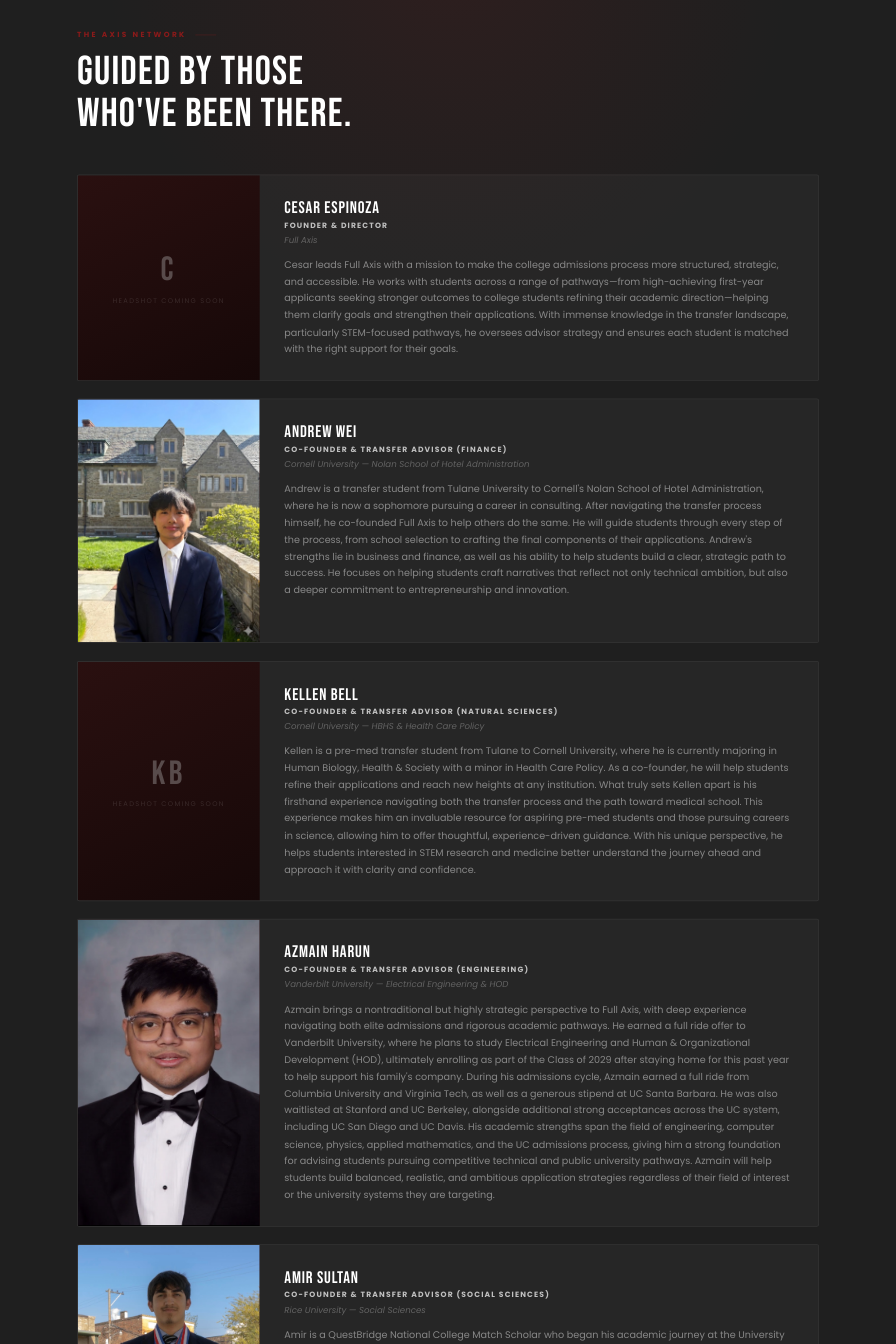
Repository: epeguero8311/cesar
Page: index.html
These files come from the project's save history. The page is drawn as it stood at one moment and after the next save; the edit follows.
The browser window is 1280 px wide. The pictures show the part of the page from y = 1789 to 3709 px (the page is 7453 px tall before and 7529 px after), at 70% of full size.

Above is the page before, as saved 2026-05-07 21:16:53.

### index.html
<!DOCTYPE html>
<html lang="en">
<head>
<meta charset="UTF-8" />
<meta name="viewport" content="width=device-width, initial-scale=1.0" />
<link rel="icon" type="image/png" href="Untitled_design__1_-removebg-preview.png" />
<title>Full Axis — Prestige Admissions Advisory</title>
<link rel="preconnect" href="https://fonts.googleapis.com" />
<link rel="preconnect" href="https://fonts.gstatic.com" crossorigin />
<link href="https://fonts.googleapis.com/css2?family=Bebas+Neue&family=Poppins:ital,wght@0,300;0,400;0,500;0,600;0,700;1,400&display=swap" rel="stylesheet" />
<link rel="stylesheet" href="style.css" />
</head>
<body>

<!-- NAV -->
<nav>
  <div class="nav-brand">
    <img src="IMG_4736-removebg-preview.png" alt="Full Axis" class="nav-logo-img" />
  </div>
  <ul class="nav-links">
    <li><a href="#mission">Mission</a></li>
    <li><a href="#team">Team</a></li>
    <li><a href="#pricing">Packages</a></li>
    <li><a href="#apply" class="nav-cta">Apply Now</a></li>
  </ul>
</nav>

<!-- HERO -->
<section id="hero">
  <div class="hero-inner">
    <div class="hero-eyebrow">Prestige Admissions Advisory</div>
    <h1 class="hero-title">Your defining<br /><em>axis</em> starts here.</h1>
    <div class="hero-rule"></div>
    <p class="hero-sub">Connect → Gameplan → Success</p>
    <div class="hero-actions">
      <a href="#apply" class="btn-primary">Begin Your Application</a>
      <a href="#mission" class="btn-outline">Learn More</a>
    </div>
  </div>
</section>

<!-- STATS RIBBON -->
<div class="stats-ribbon">
  <div class="stat"><strong>Tier 1</strong>&nbsp;Target Schools</div>
  <div class="stat-sep"></div>
  <div class="stat"><strong>Paired</strong>&nbsp;Major-Specific Mentors</div>
  <div class="stat-sep"></div>
  <div class="stat"><strong>Beta</strong>&nbsp;2026–27 Cycle</div>
  <div class="stat-sep"></div>
  <div class="stat"><strong>Free</strong>&nbsp;First Consultation</div>
</div>

<!-- MISSION -->
<section id="mission">
  <div class="section-inner">
    <div class="section-label">Who We Are</div>
    <h2 class="section-title">Built on precision.<br />Defined by results.</h2>
    <div class="mission-grid">
      <div class="reveal">
        <p class="mission-statement">Full Axis is a prestige-focused, major-specific admissions advisory firm. We specialize in guiding students from a multitude of backgrounds through the most competitive first-year and transfer pathways in the country.</p>
        <div class="beta-badge">
          <span class="beta-dot"></span>
          Currently in Beta — 2026–2027 Cycle &nbsp;·&nbsp; Limited Spots Available
        </div>
      </div>
      <div class="mission-right reveal d2">
        <div class="pillar">
          <h3>Our Approach</h3>
          <p>We operate on a "Tiered Expertise" model, pairing each student with mentors who have successfully navigated their exact target trajectory — gaining admission to top programs in their respective fields.</p>
        </div>
        <div class="pillar">
          <h3>Our Philosophy</h3>
          <p>We believe every applicant has a defining narrative axis. Whether it is the pursuit of an elite standard or a strategic reinvention, our role is to identify, refine, and position that axis with precision.</p>
        </div>
      </div>
    </div>
    <div class="ornament"><div class="ornament-diamond"></div></div>
  </div>
</section>

<!-- TEAM -->
<section id="team">
  <div class="section-inner">
    <div class="team-intro">
      <div class="section-label">The Axis Network</div>
      <h2 class="section-title on-dark">Guided by those<br />who've been there.</h2>
    </div>
    <div class="team-grid">
      <!-- Cesar -->
      <div class="team-card reveal">
        <div class="team-photo">
          <div class="team-photo-ph"><div class="team-initials">C</div><div class="photo-hint">Headshot coming soon</div></div>
        </div>
        <div class="team-info">
          <div class="team-name">Cesar Espinoza</div>
          <div class="team-role">Founder &amp; Director</div>
          <div class="team-school">Full Axis</div>
          <p class="team-bio">Cesar leads Full Axis with a mission to make the college admissions process more structured, strategic, and accessible. He works with students across a range of pathways—from high-achieving first-year applicants seeking stronger outcomes to college students refining their academic direction—helping them clarify goals and strengthen their applications. With immense knowledge in the transfer landscape, particularly STEM-focused pathways, he oversees advisor strategy and ensures each student is matched with the right support for their goals.</p>
        </div>
      </div>
      <!-- Andrew -->
      <div class="team-card reveal d1">
        <div class="team-photo">
          <img src="headshots/headshot-Andrew_Wei 2.JPEG" alt="Andrew Wei" class="team-headshot" />
        </div>
        <div class="team-info">
          <div class="team-name">Andrew Wei</div>
          <div class="team-role">Co-Founder &amp; Transfer Advisor (Finance)</div>
          <div class="team-school">Cornell University — Nolan School of Hotel Administration</div>
          <p class="team-bio">Andrew is a transfer student from Tulane University to Cornell's Nolan School of Hotel Administration, where he is now a sophomore pursuing a career in consulting. After navigating the transfer process himself, he co-founded Full Axis to help others do the same. He will guide students through every step of the process, from school selection to crafting the final components of their applications. Andrew's strengths lie in business and finance, as well as his ability to help students build a clear, strategic path to success. He focuses on helping students craft narratives that reflect not only technical ambition, but also a deeper commitment to entrepreneurship and innovation.</p>
        </div>
      </div>
      <!-- Kellen -->
      <div class="team-card reveal d2">
        <div class="team-photo">
          <div class="team-photo-ph"><div class="team-initials">KB</div><div class="photo-hint">Headshot coming soon</div></div>
        </div>
        <div class="team-info">
          <div class="team-name">Kellen Bell</div>
          <div class="team-role">Co-Founder &amp; Transfer Advisor (Natural Sciences)</div>
          <div class="team-school">Cornell University — HBHS &amp; Health Care Policy</div>
          <p class="team-bio">Kellen is a pre-med transfer student from Tulane to Cornell University, where he is currently majoring in Human Biology, Health & Society with a minor in Health Care Policy. As a co-founder, he will help students refine their applications and reach new heights at any institution. What truly sets Kellen apart is his firsthand experience navigating both the transfer process and the path toward medical school. This experience makes him an invaluable resource for aspiring pre-med students and those pursuing careers in science, allowing him to offer thoughtful, experience-driven guidance. With his unique perspective, he helps students interested in STEM research and medicine better understand the journey ahead and approach it with clarity and confidence.</p>
        </div>
      </div>
      <!-- Azmain -->
      <div class="team-card reveal d3">
        <div class="team-photo">
          <img src="headshots/IMG_4873.jpeg" alt="Azmain" class="team-headshot" />
        </div>
        <div class="team-info">
          <div class="team-name">Azmain Harun</div>
          <div class="team-role">Co-Founder &amp; Transfer Advisor (Engineering)</div>
          <div class="team-school">Vanderbilt University — Electrical Engineering &amp; HOD</div>
          <p class="team-bio">Azmain brings a nontraditional but highly strategic perspective to Full Axis, with deep experience navigating both elite admissions and rigorous academic pathways. He earned a full ride offer to Vanderbilt University, where he plans to study Electrical Engineering and Human & Organizational Development (HOD), ultimately enrolling as part of the Class of 2029 after staying home for this past year to help support his family's company.

During his admissions cycle, Azmain earned a full ride from Columbia University and Virginia Tech, as well as a generous stipend at UC Santa Barbara. He was also waitlisted at Stanford and UC Berkeley, alongside additional strong acceptances across the UC system, including UC San Diego and UC Davis.

His academic strengths span the field of engineering, computer science, physics, applied mathematics, and the UC admissions process, giving him a strong foundation for advising students pursuing competitive technical and public university pathways. Azmain will help students build balanced, realistic, and ambitious application strategies regardless of their field of interest or the university systems they are targeting.</p>
        </div>
      </div>
      <!-- Amir -->
      <div class="team-card reveal d4">
        <div class="team-photo">
          <img src="headshots/IMG_4781.jpg" alt="Amir" class="team-headshot" />
        </div>
        <div class="team-info">
          <div class="team-name">Amir Sultan</div>
          <div class="team-role">Co-Founder &amp; Transfer Advisor (Social Sciences)</div>
          <div class="team-school">Rice University — Social Sciences</div>
          <p class="team-bio">Amir is a QuestBridge National College Match Scholar who began his academic journey at the University of Pennsylvania before successfully transferring to Rice University, where he plans to pursue public policy and the social sciences. Having navigated both first-year and transfer admissions at a high level, he brings a unique perspective on finding the right academic and personal fit.

Beyond academics, Amir is a nationally accomplished speech and debate competitor and coach. A five-time state champion and NSDA national qualifier, he has led teams to state titles and continues to mentor students through debate consulting. He also has prior experience advising students through first-year admissions in independent settings, helping applicants gain admission to top universities.

Amir's strengths lie in social sciences, public policy, and competitive advocacy, as well as his ability to help students craft compelling, authentic narratives. He will help students build balanced, realistic, and ambitious application strategies—particularly for those pursuing pre-law, politics, and other impact-driven pathways.</p>
        </div>
      </div>
    </div>
  </div>
</section>

<!-- PRICING -->
<section id="pricing">
  <div class="section-inner">
    <div class="pricing-hd reveal">
      <div class="section-label">Fee Structure</div>
      <h2 class="section-title">Transparent pricing.<br />Unmatched access.</h2>
      <div class="pricing-beta-block">Full Axis is currently in its beta cycle for the 2026–2027 school year. As we onboard our inaugural cohort, we strongly recommend getting started with us as soon as possible; this allows us to fully maximize your potential as an applicant. We operate on a rolling application system, with an application deadline in late September.</div>
    </div>

    <h3 class="axis-heading">Transfer Axis</h3>
    <p class="axis-desc">The Transfer Axis is an intensive, mentor-led program built for students aiming to successfully navigate the highly selective transfer admissions process. Rather than focusing solely on application polish, we work to construct a cohesive academic and extracurricular direction aligned with the expectations of top-tier institutions, creating a clear blueprint for success that extends beyond transfer outcomes into post-graduate goals.

We help students build a comprehensive transfer roadmap tailored to both their target "dream" schools and a strategically selected set of well-matched, adjacent institutions, all grounded in individualized advising. From there, we guide major- and school-specific course selection to ensure each academic decision strengthens long-term positioning and aligns with admissions expectations. We also work closely with students to define a cohesive narrative that anchors and differentiates their application, then translate it into clear, high-impact essays that effectively communicate their story and strengths. Throughout the process, students receive hands-on essay support, ongoing mentorship, and direct guidance as questions arise. The result is a fully integrated, step-by-step framework that brings structure, clarity, and intentionality from initial planning through final submission.</p>
    <div class="pkg-grid reveal">
      <div class="pkg">
        <div class="pkg-name">Starter</div>
        <div class="rev-price">$1,350</div>
        <ul class="pkg-feats">
          <li class="pkg-feat">Paired mentor throughout application process</li>
          <li class="pkg-feat">Guaranteed monthly meetings</li>
          <li class="pkg-feat">Essay review for up to 3 schools</li>
        </ul>
        <div class="consult-note">✦ Free initial consultation included</div>
      </div>
      <div class="pkg featured">
        <div class="pkg-badge">Most Popular</div>
        <div class="pkg-name">Founders</div>
        <div class="rev-price">$1,500</div>
        <ul class="pkg-feats">
          <li class="pkg-feat">Paired mentor throughout application process</li>
          <li class="pkg-feat">Guaranteed monthly meetings</li>
          <li class="pkg-feat">Essay review for up to 5 schools</li>
          <li class="pkg-feat">Tailored roadmap built to your individual profile</li>
        </ul>
        <div class="consult-note">✦ Free initial consultation included</div>
      </div>
      <div class="pkg">
        <div class="pkg-name">Advanced</div>
        <div class="rev-price">$2,000</div>
        <ul class="pkg-feats">
          <li class="pkg-feat">Paired mentor throughout application process</li>
          <li class="pkg-feat">Guaranteed monthly meetings</li>
          <li class="pkg-feat">Essay review for up to 7 schools</li>
          <li class="pkg-feat">Tailored roadmap built to your individual profile</li>
        </ul>
        <div class="consult-note">✦ Free initial consultation included</div>
      </div>
      <div class="pkg">
        <div class="pkg-name">Premium</div>
        <div class="rev-price">$3,000</div>
        <ul class="pkg-feats">
          <li class="pkg-feat">Paired mentor throughout application process</li>
          <li class="pkg-feat">Guaranteed monthly meetings</li>
          <li class="pkg-feat">Essay review for up to 12 schools</li>
          <li class="pkg-feat">Tailored roadmap built to your individual profile</li>
        </ul>
        <div class="consult-note">✦ Free initial consultation included</div>
      </div>
    </div>

    <h3 class="axis-heading" style="margin-top:4.5rem">Review Axis</h3>
    <p class="axis-desc">The Review Axis is a focused, asynchronous essay review service designed for students who have completed the foundational work of their application and want expert-level refinement before submission. This tier is ideal for applicants seeking a precise, experienced second set of eyes to ensure their narrative is clear, compelling, and free of structural or strategic weaknesses. Support is centered entirely on written materials, with feedback delivered through detailed Google Docs edits and commentary, typically within a 24–72 hour turnaround.

Students may use this plan to refine personal statements or supplemental essays, with targeted guidance on narrative clarity, structure, and prompt alignment. Email communication and limited calls are available strictly for essay strategy discussions, including brainstorming, narrative direction, and refinement of key ideas. This service is intentionally bounded to written application support and does not include advising work covered under the Transfer Axis. A minimum 45-day window prior to the earliest application deadline is required to ensure adequate revision cycles and optimal results.</p>
    <div class="rev-grid reveal">
      <div class="rev-card">
        <div class="rev-card-title">High Schoolers — Essay Only</div>
        <div class="rev-price">$200</div>
        <ul class="rev-feats">
          <li class="rev-feat">Personal statement review + one-time editing &amp; recommendations</li>
          <li class="rev-or">— or —</li>
          <li class="rev-feat">Two supplemental essay reviews + one-time editing &amp; recommendations</li>
        </ul>
      </div>
      <div class="rev-card">
        <div class="rev-card-title">Transfers — Essay Only</div>
        <div class="rev-price">$200</div>
        <ul class="rev-feats">
          <li class="rev-feat">Single supplemental essay + one-time editing &amp; recommendation</li>
        </ul>
        <div class="rev-addons">
          <div class="addon"><strong>+ $150</strong>&nbsp;each additional supplemental essay</div>
          <div class="addon"><strong>+ $75</strong>&nbsp;essays under 100 words</div>
          <div class="addon"><strong>+ $50</strong>&nbsp;each additional short essay</div>
        </div>
      </div>
    </div>
  </div>
</section>

<!-- APPLY -->
<section id="apply">
  <div class="section-inner">
    <div class="apply-grid reveal">
      <div>
        <div class="section-label">Get Started</div>
        <h2 class="apply-title">Ready to find<br />your <em>axis?</em></h2>
        <p class="apply-sub">Submit your application through our intake form and a member of our team will reach out within 48 hours. Spots for the 2026–2027 cycle are limited.</p>
        <div class="consult-callout">
          <strong>✦ Free First Consultation (Included With Every Application)</strong>
          <p>Every student who applies receives a complimentary initial consultation at no cost. We assess your profile and identify the best pathway forward — no commitment required.</p>
        </div>
      </div>
      <div class="apply-box">
        <div class="apply-icon">
          <svg viewBox="0 0 24 24"><path d="M9 12l2 2 4-4M21 12a9 9 0 11-18 0 9 9 0 0118 0z"/></svg>
        </div>
        <h3>Apply Now</h3>
        <p>Complete our short intake form. Every application is reviewed personally by our team.</p>
        <a href="https://docs.google.com/forms/d/e/1FAIpQLSdoFQlOemhVGL9cHiw1zWZMkfWvCgZNxgydIc3T4HkZGuN4dA/viewform?usp=header"
           target="_blank" rel="noopener noreferrer" class="btn-apply">Begin Your Application →</a>
        <p class="apply-fine">Beta Cycle — 2026–2027 Admissions Year</p>
      </div>
    </div>
  </div>
</section>

<!-- FOOTER -->
<footer>
  <div class="ft-logo">Full <span>Axis</span></div>
  <div class="ft-note">Full Axis is currently operating in its beta cycle for the 2026–2027 admissions year. Prestige-focused, major-specific admissions advisory.</div>
  <div class="ft-right">
    <div class="ft-social">
      <!-- Instagram -->
      <a href="https://www.instagram.com/fullaxisconsulting?igsh=MTVjaGZybGl2OHJxNw==" target="_blank" rel="noopener noreferrer" aria-label="Instagram">
        <svg viewBox="0 0 24 24" stroke="white" fill="none" stroke-width="1.8" stroke-linecap="round" stroke-linejoin="round">
          <rect x="2" y="2" width="20" height="20" rx="5" ry="5"/>
          <circle cx="12" cy="12" r="4"/>
          <circle cx="17.5" cy="6.5" r="0.5" fill="white" stroke="none"/>
        </svg>
      </a>
      <!-- TikTok -->
      <a href="https://www.tiktok.com/@fullaxiscc?_r=1&_t=ZP-95ywb3mjwBK" target="_blank" rel="noopener noreferrer" aria-label="TikTok">
        <svg viewBox="0 0 24 24" fill="white" stroke="none">
          <path d="M19.59 6.69a4.83 4.83 0 01-3.77-4.25V2h-3.45v13.67a2.89 2.89 0 01-2.88 2.5 2.89 2.89 0 01-2.89-2.89 2.89 2.89 0 012.89-2.89c.28 0 .54.04.79.1V9.01a6.33 6.33 0 00-.79-.05 6.34 6.34 0 00-6.34 6.34 6.34 6.34 0 006.34 6.34 6.34 6.34 0 006.33-6.34V8.69a8.24 8.24 0 004.84 1.56V6.81a4.85 4.85 0 01-1.07-.12z"/>
        </svg>
      </a>
    </div>
    <div class="ft-copy">© 2026 Full Axis</div>
  </div>
</footer>

<style>
.ft-right{display:flex;flex-direction:column;align-items:flex-end;gap:0.75rem}
@media(max-width:580px){.ft-right{align-items:center}}
</style>

<script src="main.js"></script>
</body>
</html>

Loaded but not shown: main.js (5 lines, source omitted); style.css (348 lines, source omitted)

After the next save:
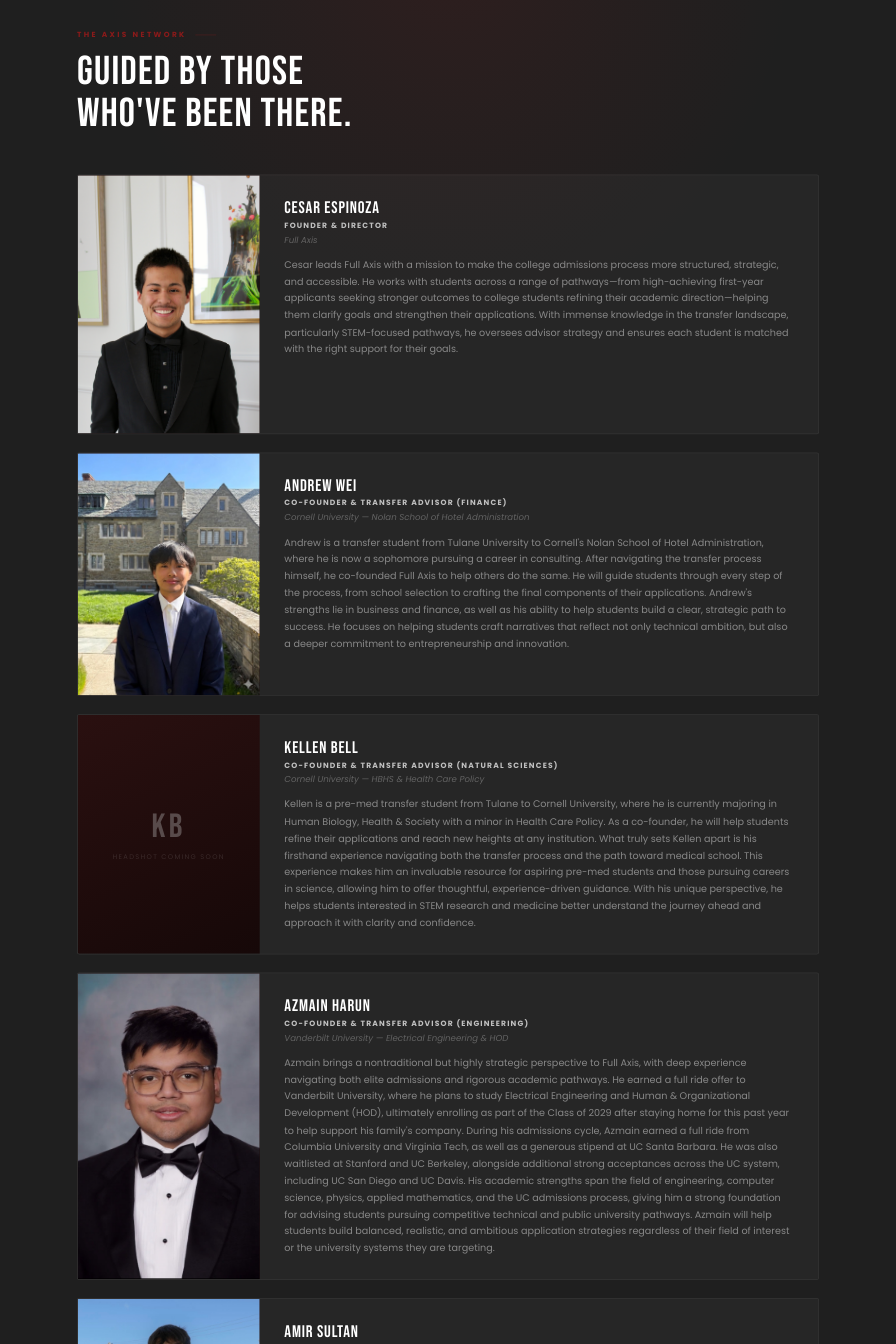
Saved 33 s later.
--- a/index.html
+++ b/index.html
@@ -89,7 +89,7 @@
       <!-- Cesar -->
       <div class="team-card reveal">
         <div class="team-photo">
-          <div class="team-photo-ph"><div class="team-initials">C</div><div class="photo-hint">Headshot coming soon</div></div>
+           <img src="headshots/IMG_6623.jpeg" alt="Cesar" class="team-headshot" />
         </div>
         <div class="team-info">
           <div class="team-name">Cesar Espinoza</div>
